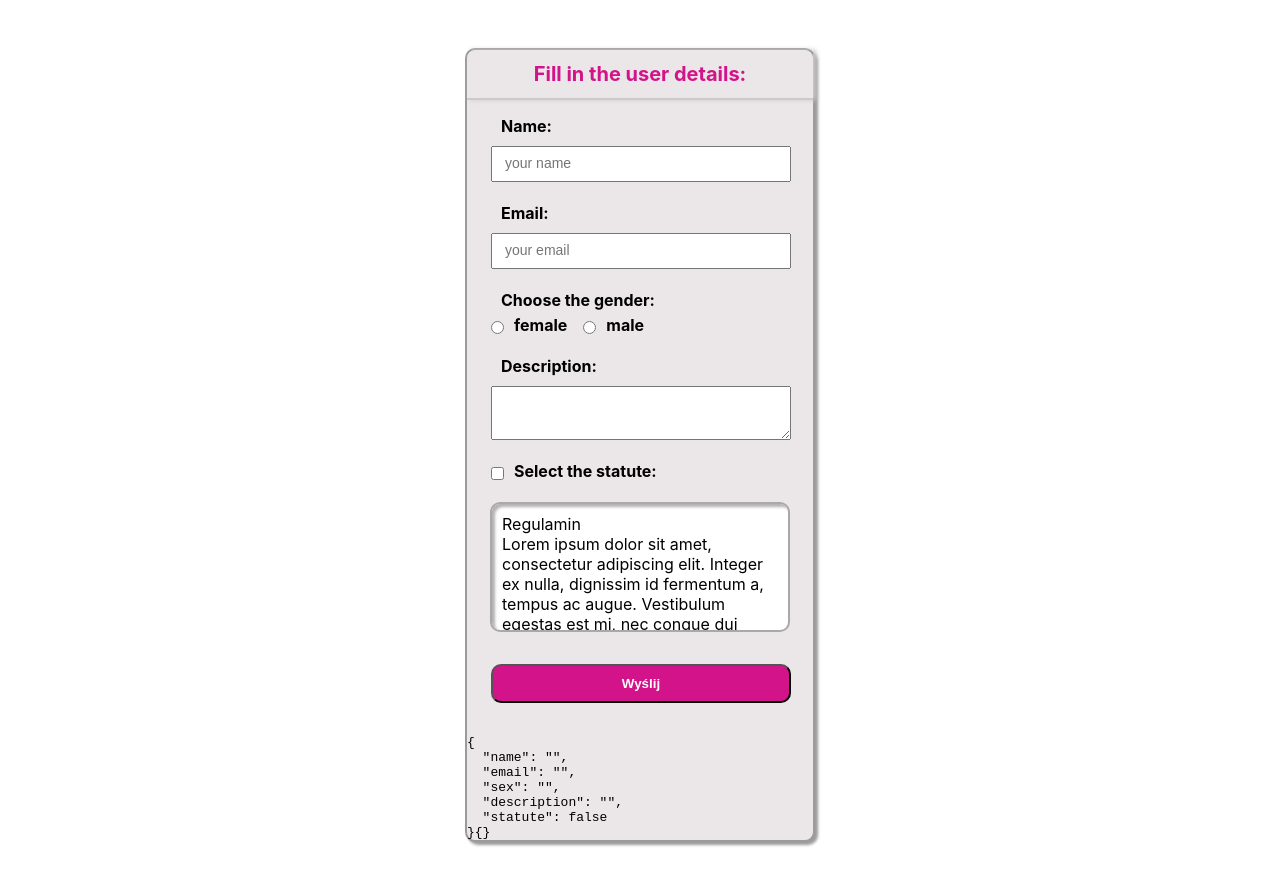
Repository: KrzysKolo/sr_tydzien4_zad3
Page: /
The author's editor kept a copy of each file at every save. The page is drawn from the files as they stood at one save, then again after the next save.
The browser window is 1280 px wide. The pictures show the whole page.
The project was rebuilt for these pictures with package versions that can differ from the ones it lists, and the page was loaded fresh each time. Also part of the build but not shown: src/components/FormComponents/TextError.js.

Above is the page before, as saved 2020-11-20 10:06:56.

### src/App.js
import React from 'react';
import './App.css';
import FormikContainer from './components/Formik/FormikContainer';
import Header from './components/Header';
const App = () => {
  return (
    <main className="App">
      <Header />
      <FormikContainer />
    </main>
   );
}

export default App;

### src/App.css
* {
  margin: 0;
  padding: 0;
  box-sizing: border-box;
}
.App {
  margin: 3rem auto;
  width: 350px;
  background-color: rgb(235, 231, 232);
  border: 2px solid rgb(155, 155, 155);
  border-radius: 10px;
  box-shadow: 3px 3px 3px rgb(155, 155, 155);
}
.section {
  display: flex;
  flex-direction: column;
  margin: 1rem 1.5rem;
  justify-content: center;
}
label {
  font-weight: bold;
  display: flex;
  margin-bottom: 5px;
  margin-left: 10px;
}
input[type="text"],
input[type="email"],
textarea {
  display: block;
  width: 300px;
  padding: 6px 12px;
  font-size: 14px;
  line-height: 1.4285;
  color: #555;
  margin: 5px 0;
}
.error {
  color: red;
}
.row {
  display: flex;
  flex-direction: row;
  align-items: center;
  margin-right: 1rem;
}
.statute {
  border: 2px solid rgb(170, 169, 169);
  border-radius: 10px;
  box-shadow: inset 3px 3px 3px rgb(181, 177, 178);
  background: #ffffff;
  height: 130px;
  width: 300px;
  padding: 10px;
  overflow: auto;
  margin: 0 auto;
}
.btn-send {
  background-color: rgba(211, 19, 137, 1);
  border-radius: 10px;
  color: white;
  cursor: pointer;
  font-weight: bold;
  margin: 1rem auto;
  padding: 10px;
  width: 300px;
  transition: all 0.3s ease-in-out;
}
.btn-send:hover {
  background-color: rgba(211, 19, 137, 0.5);
}
.header {
  color: rgba(211, 19, 137, 1);
  margin: 0 auto;
  text-align: center;
  font-weight: bold;
  border-bottom: 2px solid rgb(204, 201, 204);
  padding: 0.75rem;
  box-shadow: 3px 0 5px rgb(204, 201, 204);
}
.header h2 {
  font-size: 1.25rem;
}
.has-error {
  border: 1px solid rgb(245, 0, 87);
}

### src/components/Formik/FormikContainer.js
import React from 'react';
import { Formik, Form, useFormik } from 'formik';
import * as yup from 'yup';
import FormikControl from './FormikControl';
import RadioOptions from './../../data/RadioOptions';

const FormikContainer = () => {

    const initialValues = {
        name: '',
        email: '',
        sex: '',
        description: '',
        statute: false,
    }

    const validationSchema = yup.object({
        name: yup.string().required("Imię jest obowiązkowe!").min(2,"Twóje imię musi mieć więcej niż 2 znaki!").max(30,'Twoje imię może mieć maxymalnie 30 znaków!'),
        email: yup.string().required("Email jest wymagany!").email("Adres zawiera błędy"),
        sex: yup.string().required('Zaznacz jedną wartość!'),
        description: yup.string().required('Wpisz kilka słów!').min(2, "Wpisz co najmniej 2 znaki").max(100, "Możesz wpisać max. 250 znaków"),
        statute: yup.boolean().required().oneOf([true], 'Musisz zaznaczyć regulamin!'),
    });

    const onSubmit = values => {
        alert("Dane"+values+" zostały przesłane prawidłowo");
    }
    return (
        <Formik
            initialValues={initialValues}
            validationSchema={validationSchema}
            onSubmit={onSubmit}
        >
            { ({formik, values, errors}) => (
                <Form className="form-wrapper">

                    <FormikControl control='input' type='text' label='Name:' name='name' placeholder="your name"/>
                    <FormikControl control='input' type='email' label='Email:' name='email' placeholder="your email"/>
                    <FormikControl control='radio' label='Choose the gender: ' name='sex' options={RadioOptions}/>
                    <FormikControl control='textarea' label='Description:' name='description'/>
                    <FormikControl control='checkbox' label='Select the statute:' name='statute'/>
                        <div className="statute ">
                            Regulamin<br/>
                            <p>Lorem ipsum dolor sit amet, consectetur adipiscing elit. Integer ex nulla, dignissim id fermentum a, tempus ac augue. Vestibulum egestas est mi, nec congue dui mollis vitae. Nam dictum lectus non mauris hendrerit efficitur. Donec imperdiet nec nibh et interdum. Fusce ornare consequat sapien. Pellentesque rhoncus tempor vulputate. Aliquam eu diam laoreet, tincidunt nulla ut, dignissim turpis. Aliquam est ante, luctus sed felis et, iaculis sollicitudin tellus. Cras congue tincidunt viverra. Sed vestibulum faucibus lacus, eu dictum lorem porta id. Praesent a placerat ligula. Vestibulum faucibus ornare erat, id elementum est vehicula eu. Nunc pulvinar dolor lacus. Vestibulum dapibus efficitur orci, ac rhoncus augue auctor ut.</p>
                        </div>
                    <section className="section">
                         <button className="btn-send" type="submit">Wyślij</button>
                    </section>
                    <pre>
                        {JSON.stringify(values, null, 2)}
                        {JSON.stringify(errors, null, 2)}

                    </pre>


                </Form>
            )

            }

        </Formik>
    )
}
export default FormikContainer;

### src/components/Header.js
import React from 'react';
const Header = () => {
    return (
        <section className="header">
            <h2>Fill in the user details: </h2>
        </section>
     );
}

export default Header;

### src/components/Formik/FormikControl.js
import { Input, Radio, Checkbox, TextArea } from './../FormComponents/';


const FormikControl = (props) => {
    const { control, ...rest } = props;
    switch(control) {
        case 'input': return <Input {...rest} />
        case 'radio': return <Radio {...rest} />
        case 'textarea': return <TextArea {...rest} />
        case 'checkbox': return <Checkbox {...rest} />
        default: return null
    }
}

export default FormikControl;

### src/data/RadioOptions.js
const RadioOptions=[
    { id: 0, value: "female ", label: 'female ' },
    { id: 1, value: "male", label: 'male' },
   ];
export default RadioOptions;

### src/components/FormComponents/index.js
export { default as Input } from "./Input";
export { default as Radio } from "./Radio";
export { default as Checkbox } from "./Checkbox";
export { default as TextArea } from "./TextArea";

### src/components/FormComponents/Input.js
import React from 'react';
import{ Field, ErrorMessage } from 'formik';
import TextError from './TextError';

const Input = (props) => {
    const { label, name, ...rest } = props;
    return (

        <section className="form-control section">
             <label htmlFor={name}>{label}</label>
            <Field id={name} name={name} {...rest} />
            <ErrorMessage name={name} component={TextError} />
        </section>
     );
}

export default Input;

### src/components/FormComponents/Radio.js
import React from 'react';
import{ Field, ErrorMessage } from 'formik';
import TextError from './TextError';

const Radio = (props) => {
    const { label, name, options, ...rest } = props;
    return (
        <div className="form-control section">
            <label htmlFor={name}>{label}</label>
            <div className="row">
                <Field name={name} {...rest}>
                    {
                    ({ field }) => {
                        return options.map(option => {
                            return (
                                <div className="row" key={option.id} >
                                    <input type='radio' id={option.id} {...field} value={option.value} checked={field.value === option.value}/>
                                    <label htmlFor={option.id}>{option.label}</label>
                                </div>
                            )
                        })
                    }
                    }
                </Field>
            </div>
            <ErrorMessage name={name} component={TextError} />
        </div>
     );
}

export default Radio;

### src/components/FormComponents/Checkbox.js
import React from 'react';
import{ Field, ErrorMessage } from 'formik';
import TextError from './TextError';

const Checkbox = (props) => {
    const { label, name, ...rest } = props;
    return (
        <div className="form-control section">
            <div className="row">
                <Field type='checkbox' id={name} name="statute" {...rest}/>
                <label htmlFor={name}>{label}</label>
            </div>
            <ErrorMessage name={name} component={TextError} />
        </div>
     );
}

export default Checkbox;

### src/components/FormComponents/TextArea.js
import React from 'react';
import{ Field, ErrorMessage } from 'formik';
import TextError from './TextError';

const TextArea = (props) => {
    const { label, name, ...rest } = props;
    return (
        <div className="form-control section">
            <label htmlFor={name}>{label}</label>
            <Field as ='textarea' id={name} name={name} {...rest} />
            <ErrorMessage name={name} component={TextError} />
        </div>
     );
}

export default TextArea;

Loaded but not shown: public/index.html (common file); src/index.js (common file); src/index.css (common file)

After the next save:
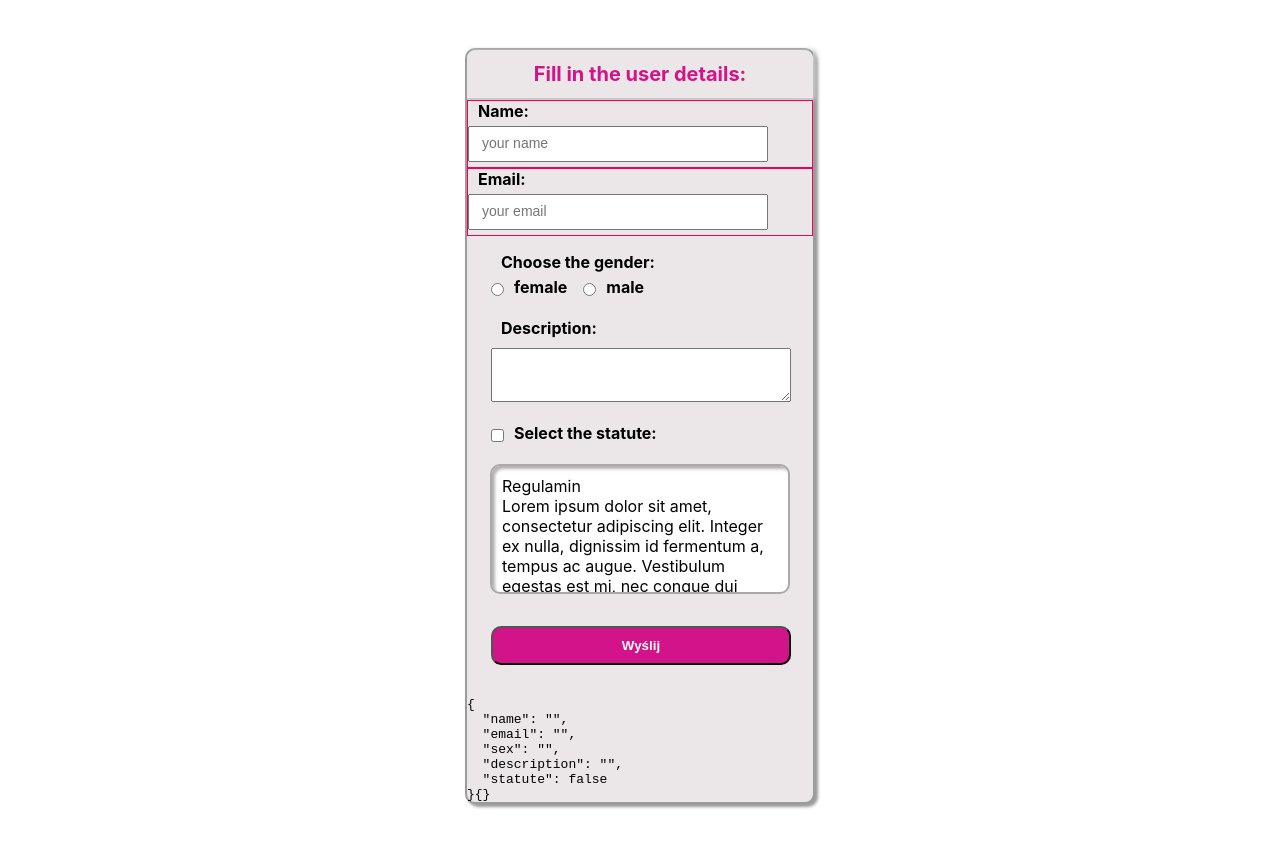
Saved 70 s later.
--- a/src/components/FormComponents/Input.js
+++ b/src/components/FormComponents/Input.js
@@ -6,7 +6,7 @@
     const { label, name, ...rest } = props;
     return (
 
-        <section className="form-control section">
+        <section className={ErrorMessage ? "has-error" : "form-control section"}>
              <label htmlFor={name}>{label}</label>
             <Field id={name} name={name} {...rest} />
             <ErrorMessage name={name} component={TextError} />

After the save that followed:
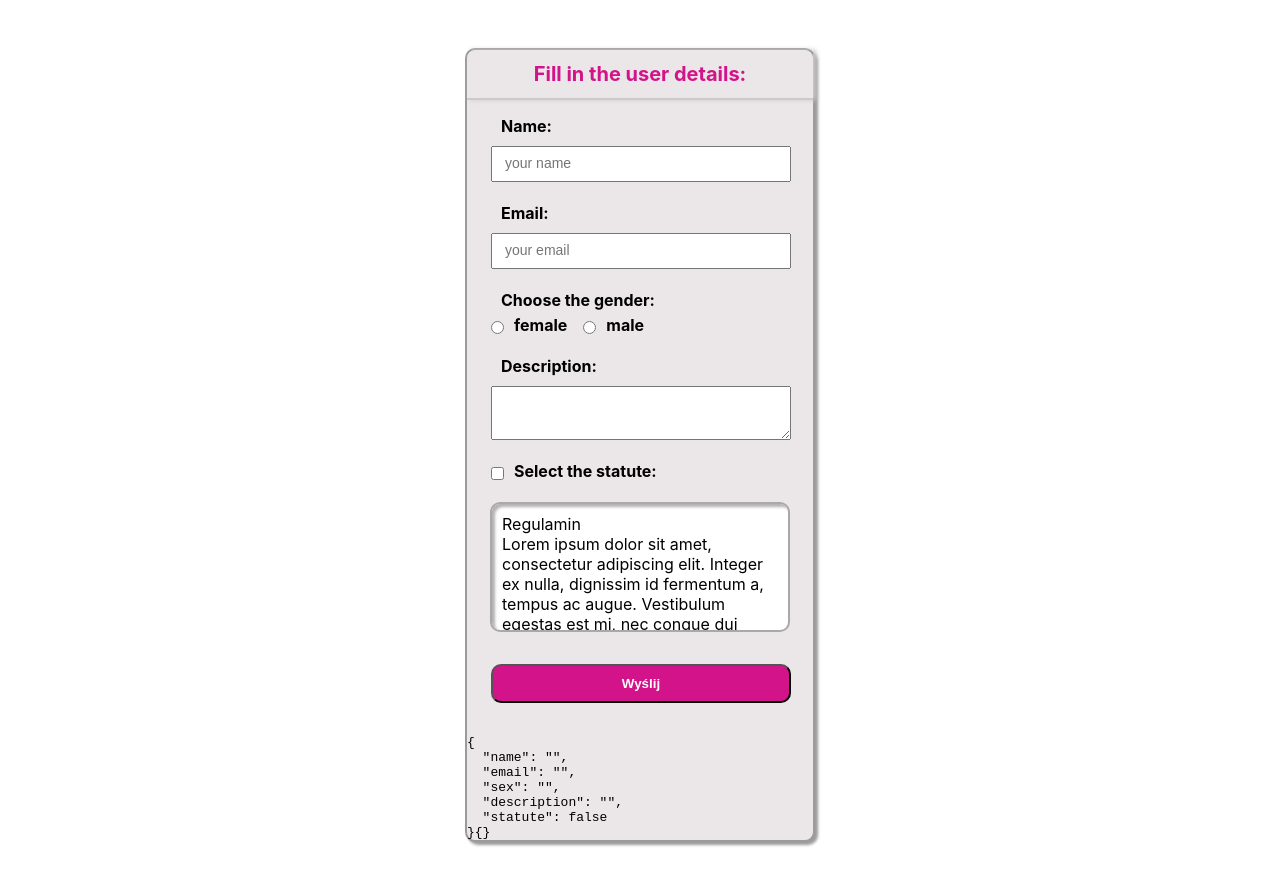
Saved 30 s later.
--- a/src/components/FormComponents/Input.js
+++ b/src/components/FormComponents/Input.js
@@ -6,7 +6,7 @@
     const { label, name, ...rest } = props;
     return (
 
-        <section className={ErrorMessage ? "has-error" : "form-control section"}>
+        <section className="form-control section">
              <label htmlFor={name}>{label}</label>
             <Field id={name} name={name} {...rest} />
             <ErrorMessage name={name} component={TextError} />
